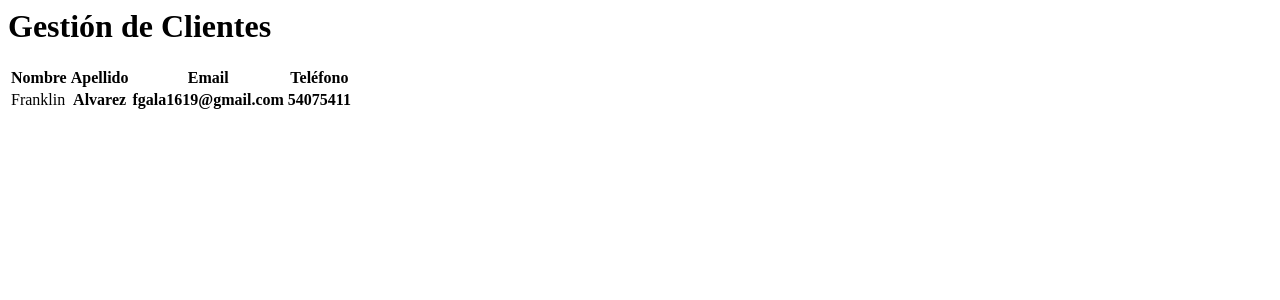
Repository: fgala1619/frontSistGestionBank
Page: index.html
These files come from the project's save history. The page is drawn as it stood at one moment and after the next save; the edit follows.
The browser window is 1280 px wide. The pictures show the whole page.

Above is the page before, as saved 2023-07-08 22:18:01.

### index.html
<h1>Gestión de Clientes</h1>

<table>
    <tr>
        <th>Nombre</th>
        <th>Apellido</th>
        <th>Email</th>
        <th>Teléfono</th>
    </tr>
    <tr>
        <td>Franklin</td>
        <th>Alvarez</th>
        <th>fgala1619@gmail.com</th>
        <th>54075411</th>
    </tr>
</table>

<style>
    #customers {
        font-family: Arial, Helvetica, sans-serif;
        border-collapse: collapse;
        width: 100%;
    }

    #customers td, #customers th {
        border: 1px solid #ddd;
        padding: 8px;
    }

    #customers tr:nth-child(even){background-color: #f2f2f2;}
    #customers tr:hover{background-color:#ddd;}

    #customers th{
        padding-top: 12px;
        padding-bottom: 12px;
        text-align: left;
        background-color: #04AA6D;
        color: white;
    }
</style>

After the next save:
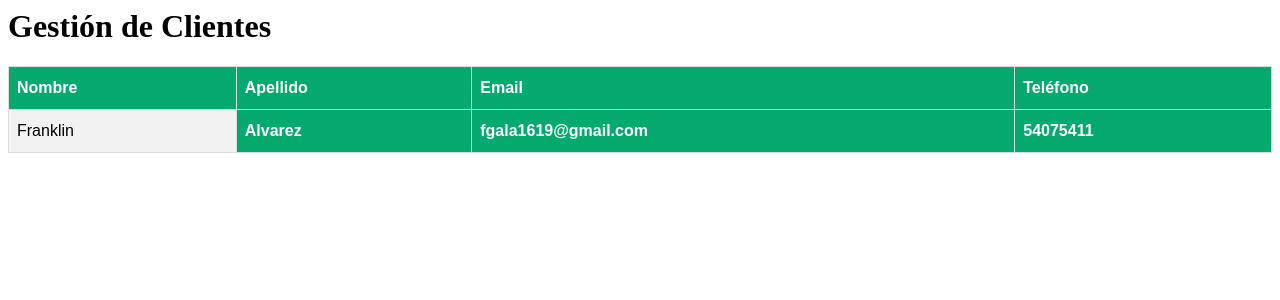
Saved 43 s later.
--- a/index.html
+++ b/index.html
@@ -1,6 +1,6 @@
 <h1>Gestión de Clientes</h1>
 
-<table>
+<table id="customers">
     <tr>
         <th>Nombre</th>
         <th>Apellido</th>
